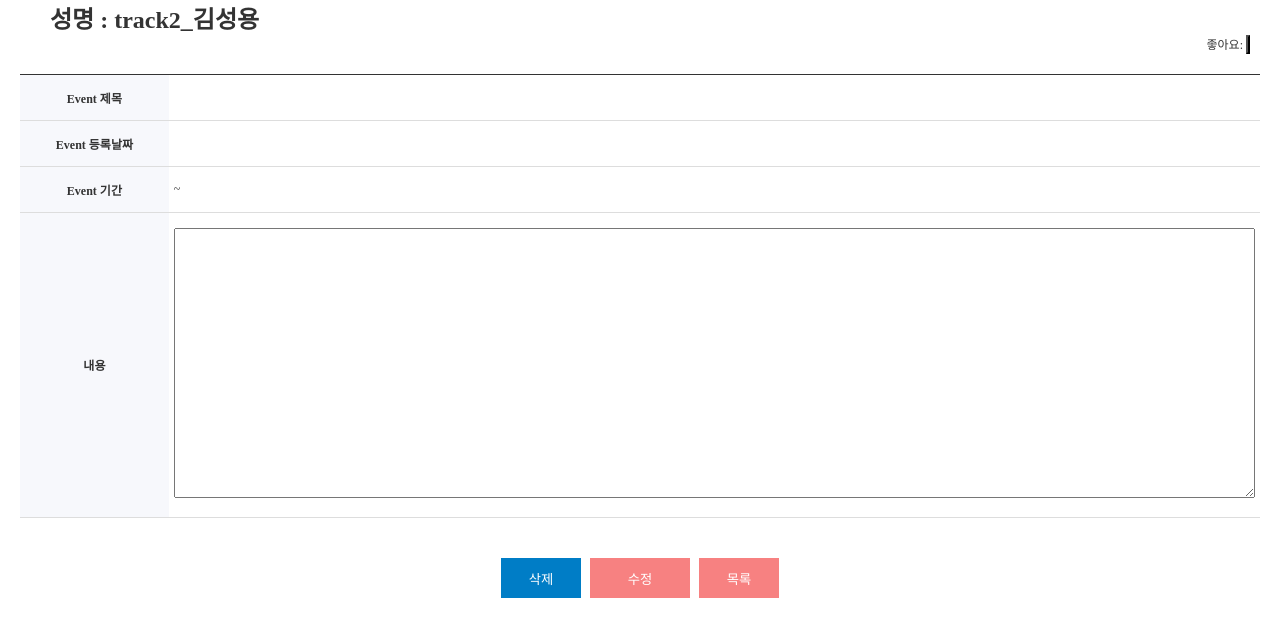
Repository: ddd5733/MVC-Pattern
Page: http://localhost/track2_exam_김성용/examGoView
These files come from the project's save history. The page is drawn as it stood at one moment and after the next save; the edit follows.
The browser window is 1280 px wide. The pictures show the whole page.
Some web libraries are served in a nearby version. The page is served by Tomcat 9. Queries for data that is not in the repository find no rows.

Above is the page before, as saved 2020-01-09 05:30:44.

After the next save:
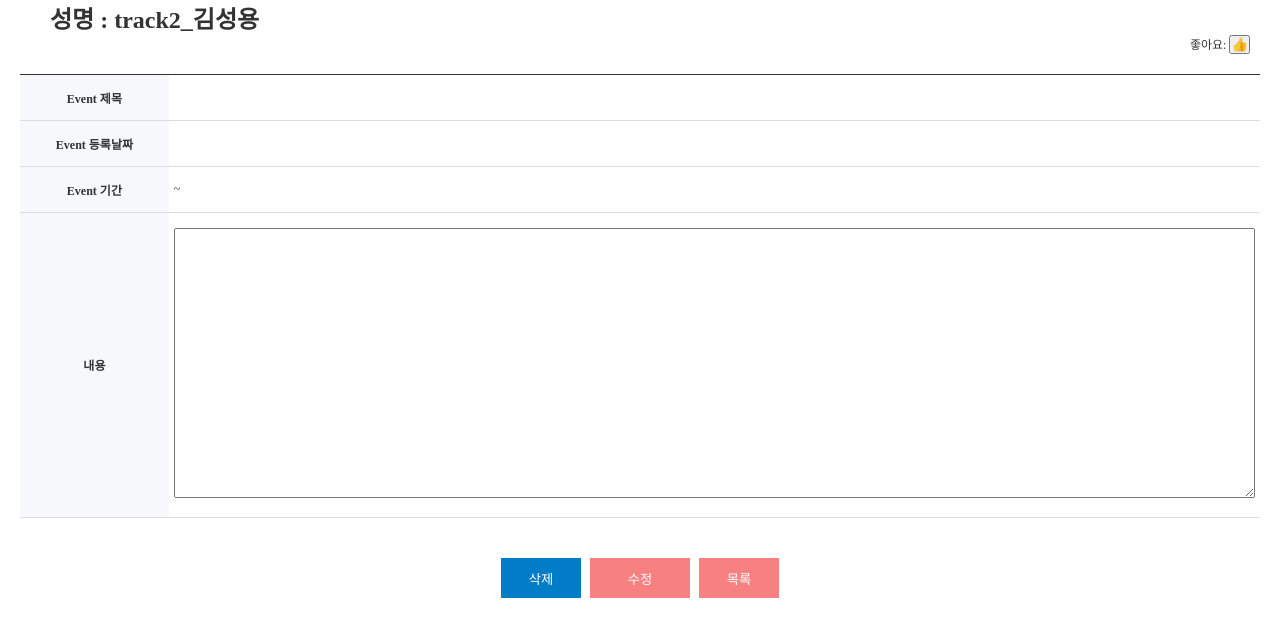
Saved 82 s later.
--- a/김성용_eclipse_source/track2_exam_김성용/WebContent/exam_event/event_v.jsp
+++ b/김성용_eclipse_source/track2_exam_김성용/WebContent/exam_event/event_v.jsp
@@ -60,7 +60,7 @@
 				<span id="divLike">
 					좋아요:${t_dto.getLikecount()}
 				</span>
-				<input type="button" id="btnOK" style= "background:url('/image/Like.JPG')" value=""/>
+				<input type="button" id="btnOK"  value="👍"/>
 				<input type="hidden" name="t_no" value="${t_dto.getExam_number()}"/>
 			</div>
 		</div>
